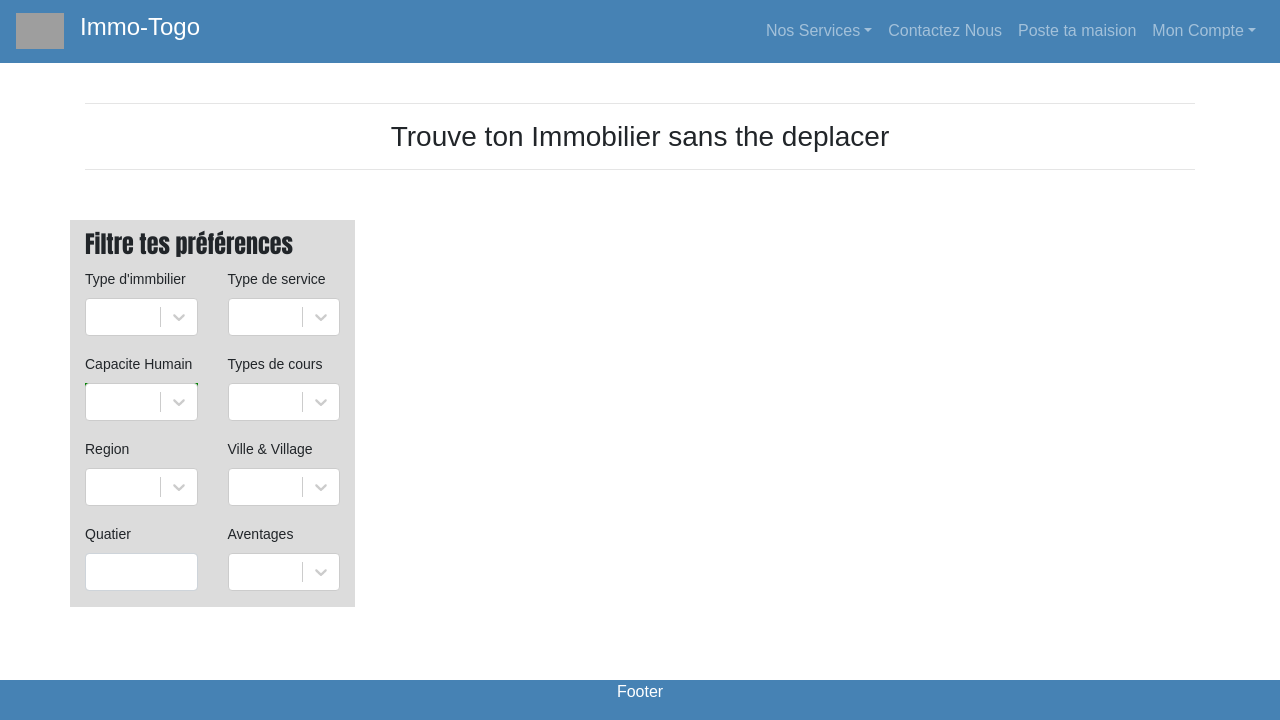
Repository: TAYLOR-YAO/immobilier-togo
Page: / (app in client/)
The author's editor kept a copy of each file at every save. The page is drawn from the files as they stood at one save, then again after the next save.
The browser window is 1280 px wide. The pictures show the whole page.
Pictures or frames that could not be fetched are drawn as grey boxes. The page's requests for data from a server got no answer. The project was rebuilt for these pictures with package versions that can differ from the ones it lists, and the page was loaded fresh each time. No one was signed in, and anything a server would have sent is missing. Also part of the build but not shown: client/src/Components/RegisterHouses/RegisterHouse.css, client/src/Components/RegisterHouses/RegisterHouse.js, client/src/Components/Test_file.js, client/src/Components/test-2.js.

Above is the page before, as saved 2020-05-14 22:54:40.

After the next save:
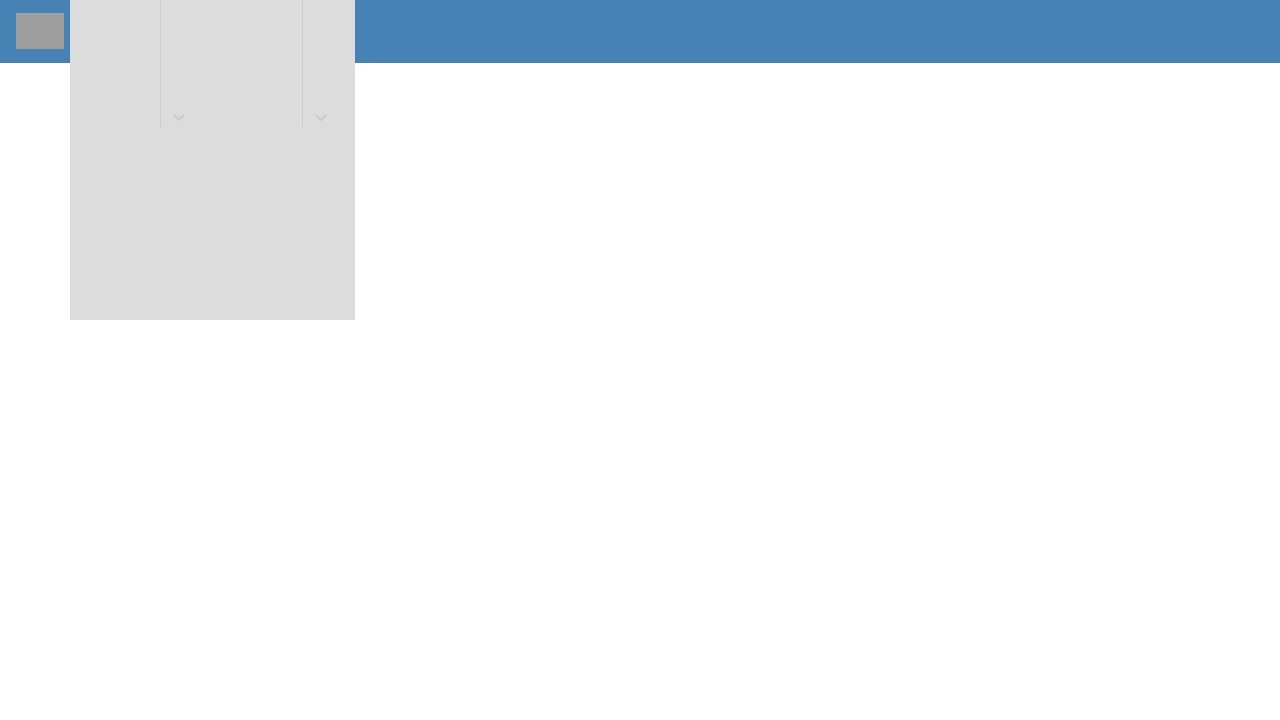
Saved 82 s later.
--- a/client/src/Components/LendingPage/LendingPage.css
+++ b/client/src/Components/LendingPage/LendingPage.css
@@ -10,6 +10,6 @@
     background-color:green !important;
     height: 20px !important;
 }
-#root > div > div:nth-child(2) > div > div.row > div.col-sm-9 > div > div > div > div > div > div > div.col-sm-8 > div > div > div.housepics.card-body > div > div:nth-child(2) > div{
+div{
     margin-bottom: -200px !important;
 }
